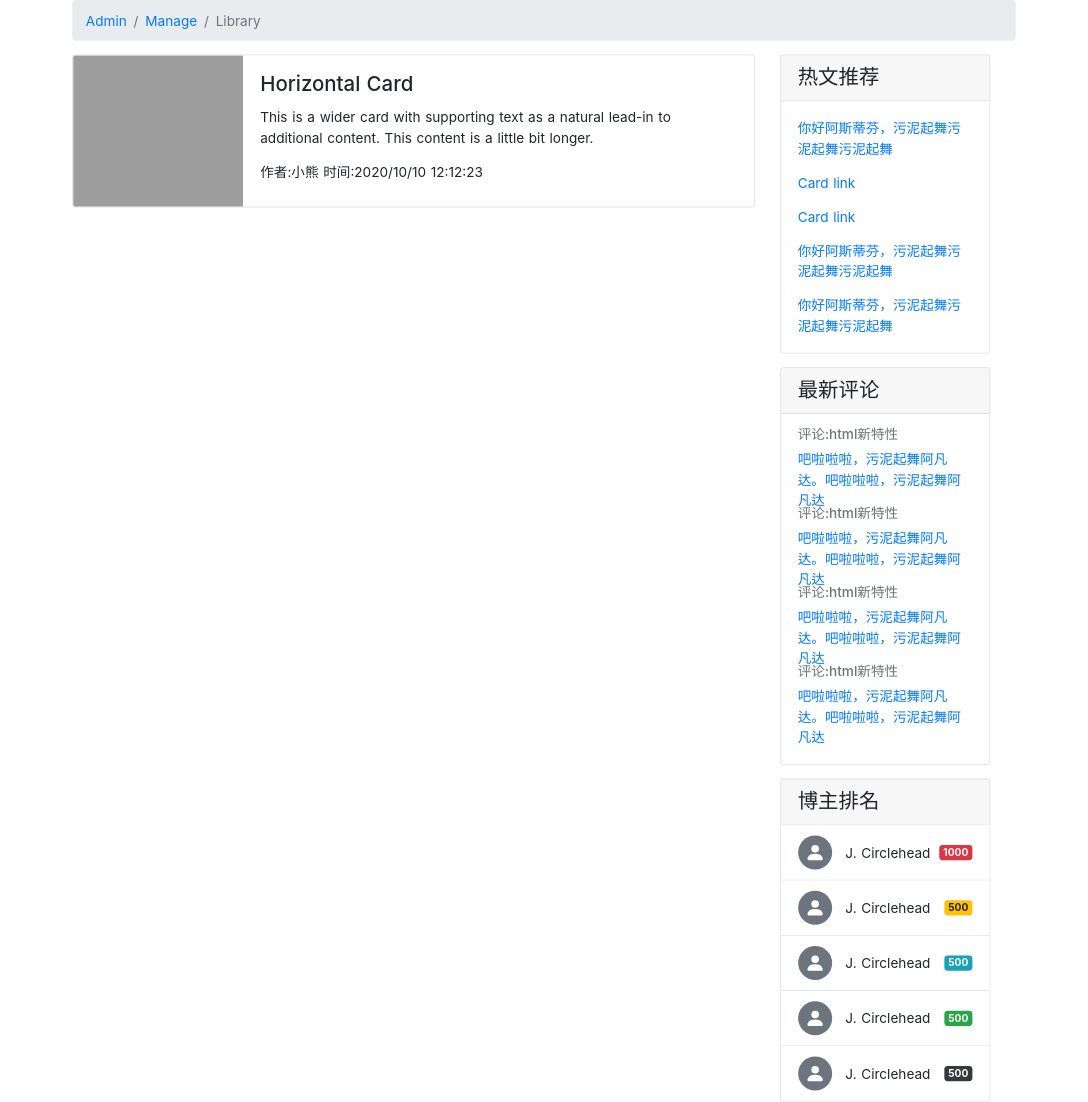
Repository: MTTTM/nuxt-xiaomatata
Page: /
An editor plug-in stored every save of this project. The page is shown before and after the next save, followed by the edit.
The browser window is 1280 px wide. The pictures show the part of the page from y = 600 to 1896 px (the page is 1896 px tall before and 1240 px after), at 85% of full size.
Pictures or frames that could not be fetched are drawn as grey boxes. The project was rebuilt for these pictures with package versions that can differ from the ones it lists, and the page was loaded fresh each time. The framework's server and built-in components were replaced by stand-ins that run in the browser. Also part of the build but not shown: nuxt.config.js, components/Logo.vue, components/aboutMe.vue, components/articleListItem.vue, components/bloggerRanking.vue, components/carouselBox.vue, components/classifyList.vue, components/commentBox.vue and 7 more. Imported but missing from the stored project, and not drawn on this page: components/cmSpinner, mixins/scrollLoad.

Above is the page before, as saved 2021-04-10 12:36:08.

### assets/style/comm.scss
body{
  .container{
    min-height: auto;
    justify-content: start;
    text-align: left;
  }
  .card-list-item{
    height: 180px;
    &+  .card-list-item{
      margin-top:1rem;
    }
    .cart-list-item-img{
      width: 200px;
      height: 100%;
      object-fit: cover;
      object-position: center top;
    }
  }
}

### components/breadCrumb.vue
<template>
  <b-breadcrumb :items="items"></b-breadcrumb>
</template>

<script>
export default {
  data() {
    return {
      items: [
        {
          text: "Admin",
          href: "#",
        },
        {
          text: "Manage",
          href: "#",
        },
        {
          text: "Library",
          active: true,
        },
      ],
    };
  },
};
</script>

### components/navBar.vue
<template>
  <div class="nav-bar">
    <b-navbar toggleable="lg" type="dark" variant="info" fixed="top">
      <b-navbar-brand href="#"> 塔塔 </b-navbar-brand>

      <b-navbar-toggle target="nav-collapse" />

      <b-collapse id="nav-collapse" is-nav>
        <b-navbar-nav>
          <b-nav-item href="#"> Link </b-nav-item>
          <b-nav-item href="#" disabled> Disabled </b-nav-item>
          <b-nav-item-dropdown text="Lang" right>
            <b-dropdown-item href="#"> EN </b-dropdown-item>
            <b-dropdown-item href="#"> ES </b-dropdown-item>
            <b-dropdown-item href="#"> RU </b-dropdown-item>
            <b-dropdown-item href="#"> FA </b-dropdown-item>
          </b-nav-item-dropdown>
        </b-navbar-nav>

        <!-- Right aligned nav items -->
        <b-navbar-nav class="ml-auto">
          <b-nav-form>
            <b-form-input size="sm" class="mr-sm-2" placeholder="Search" />

            <b-button size="sm" class="my-2 my-sm-0" type="submit">
              Search
            </b-button>
          </b-nav-form>

          <b-nav-item-dropdown right>
            <!-- Using 'button-content' slot -->
            <template #button-content>
              <b-avatar
                variant="info"
                src="https://placekitten.com/300/300"
              ></b-avatar>
              <em>User</em>
            </template>

            <b-dropdown-item href="#"> Profile </b-dropdown-item>
            <b-dropdown-item href="#"> Sign Out </b-dropdown-item>
          </b-nav-item-dropdown>
        </b-navbar-nav>
      </b-collapse>
    </b-navbar>
  </div>
</template>
<script>
export default {};
</script>
<style lang="scss">
* {
  margin: 0;
  padding: 0;
}
</style>

### layouts/default.vue
<template>
  <div>
    <navBar />
    <Nuxt />
  </div>
</template>
<script>
import navBar from "../components/navBar";
export default {
  components: { navBar }
};
</script>
<style>
html {
  font-size: 16px;
  word-spacing: 1px;
  -ms-text-size-adjust: 100%;
  -webkit-text-size-adjust: 100%;
  -moz-osx-font-smoothing: grayscale;
  -webkit-font-smoothing: antialiased;
  box-sizing: border-box;
}
</style>

### pages/index.vue
<template>
  <div>
    <b-carousel
      id="carousel-1"
      v-model="slide"
      :interval="4000"
      controls
      indicators
      background="#ababab"
      img-width="1024"
      img-height="480"
      style="text-shadow: 1px 1px 2px #333"
      @sliding-start="onSlideStart"
      @sliding-end="onSlideEnd"
    >
      <!-- Text slides with image -->
      <b-carousel-slide
        caption="First slide"
        text="Nulla vitae elit libero, a pharetra augue mollis interdum."
        img-src="https://picsum.photos/1024/480/?image=52"
      ></b-carousel-slide>

      <!-- Slides with custom text -->
      <b-carousel-slide img-src="https://picsum.photos/1024/480/?image=54">
        <h1>Hello world!</h1>
      </b-carousel-slide>

      <!-- Slides with image only -->
      <b-carousel-slide
        img-src="https://picsum.photos/1024/480/?image=58"
      ></b-carousel-slide>

      <!-- Slides with img slot -->
      <!-- Note the classes .d-block and .img-fluid to prevent browser default image alignment -->
      <b-carousel-slide>
        <template #img>
          <img
            class="d-block img-fluid w-100"
            width="1024"
            height="480"
            src="https://picsum.photos/1024/480/?image=55"
            alt="image slot"
          />
        </template>
      </b-carousel-slide>

      <!-- Slide with blank fluid image to maintain slide aspect ratio -->
      <b-carousel-slide caption="Blank Image" img-blank img-alt="Blank image">
        <p>
          Lorem ipsum dolor sit amet, consectetur adipiscing elit. Suspendisse
          eros felis, tincidunt a tincidunt eget, convallis vel est. Ut
          pellentesque ut lacus vel interdum.
        </p>
      </b-carousel-slide>
    </b-carousel>

    <b-container>
      <breadCrumb class="w-100" />
    </b-container>
    <b-container>
      <b-row class="w-100">
        <b-col cols="9" md="9" sm="12">
          <b-card no-body class="overflow-hidden card-list-item">
            <b-row no-gutters>
              <b-col md="3">
                <b-card-img
                  src="https://picsum.photos/400/400/?image=20"
                  alt="Image"
                  class="rounded-0 cart-list-item-img"
                ></b-card-img>
              </b-col>
              <b-col md="9">
                <b-card-body title="Horizontal Card">
                  <b-card-text>
                    This is a wider card with supporting text as a natural
                    lead-in to additional content. This content is a little bit
                    longer.
                  </b-card-text>
                  <b-card-text>作者:小熊 时间:2020/10/10 12:12:23</b-card-text>
                </b-card-body>
              </b-col>
            </b-row>
          </b-card>
        </b-col>
        <b-col cols="3" md="3" sm="12" :no-gutters="true">
          <b-card no-body>
            <template #header>
              <h4 class="mb-0">热文推荐</h4>
            </template>

            <b-card-body>
              <b-card-text>
                <a href="#" class="card-link"
                  >你好阿斯蒂芬，污泥起舞污泥起舞污泥起舞</a
                >
              </b-card-text>
              <b-card-text>
                <a href="#" class="card-link">Card link</a>
              </b-card-text>
              <b-card-text>
                <a href="#" class="card-link">Card link</a>
              </b-card-text>
              <b-card-text>
                <a href="#" class="card-link"
                  >你好阿斯蒂芬，污泥起舞污泥起舞污泥起舞</a
                >
              </b-card-text>
              <b-card-text>
                <a href="#" class="card-link"
                  >你好阿斯蒂芬，污泥起舞污泥起舞污泥起舞</a
                >
              </b-card-text>
            </b-card-body>
          </b-card>

          <b-card no-body style="margin-top: 1rem">
            <template #header>
              <h4 class="mb-0">最新评论</h4>
            </template>

            <b-card-body>
              <a href="#">
                <b-card-sub-title class="mb-2"
                  >评论:html新特性</b-card-sub-title
                >
                <b-card-text>
                  吧啦啦啦，污泥起舞阿凡达。吧啦啦啦，污泥起舞阿凡达
                </b-card-text>
              </a>
              <a href="#">
                <b-card-sub-title class="mb-2"
                  >评论:html新特性</b-card-sub-title
                >
                <b-card-text>
                  吧啦啦啦，污泥起舞阿凡达。吧啦啦啦，污泥起舞阿凡达
                </b-card-text>
              </a>
              <a href="#">
                <b-card-sub-title class="mb-2"
                  >评论:html新特性</b-card-sub-title
                >
                <b-card-text>
                  吧啦啦啦，污泥起舞阿凡达。吧啦啦啦，污泥起舞阿凡达
                </b-card-text>
              </a>
              <a href="#">
                <b-card-sub-title class="mb-2"
                  >评论:html新特性</b-card-sub-title
                >
                <b-card-text>
                  吧啦啦啦，污泥起舞阿凡达。吧啦啦啦，污泥起舞阿凡达
                </b-card-text>
              </a>
            </b-card-body>
          </b-card>
          <b-card no-body style="margin-top: 1rem">
            <template #header>
              <h4 class="mb-0">博主排名</h4>
            </template>
            <b-list-group flush>
              <b-list-group-item class="d-flex align-items-center">
                <b-avatar class="mr-3"></b-avatar>
                <span class="mr-auto">J. Circlehead</span>
                <b-badge variant="danger">1000</b-badge>
              </b-list-group-item>
              <b-list-group-item class="d-flex align-items-center">
                <b-avatar class="mr-3"></b-avatar>
                <span class="mr-auto">J. Circlehead</span>
                <b-badge variant="warning">500</b-badge>
              </b-list-group-item>
              <b-list-group-item class="d-flex align-items-center">
                <b-avatar class="mr-3"></b-avatar>
                <span class="mr-auto">J. Circlehead</span>
                <b-badge variant="info">500</b-badge>
              </b-list-group-item>
              <b-list-group-item class="d-flex align-items-center">
                <b-avatar class="mr-3"></b-avatar>
                <span class="mr-auto">J. Circlehead</span>
                <b-badge variant="success">500</b-badge>
              </b-list-group-item>
              <b-list-group-item class="d-flex align-items-center">
                <b-avatar class="mr-3"></b-avatar>
                <span class="mr-auto">J. Circlehead</span>
                <b-badge variant="dark">500</b-badge>
              </b-list-group-item>
            </b-list-group>
          </b-card>
        </b-col>
      </b-row>
    </b-container>
  </div>
</template>
<script>
import breadCrumb from "../components/breadCrumb";
export default {
  components: { breadCrumb },
};
</script>
<style>
.container {
  margin: 0 auto;
  min-height: 100vh;
  display: flex;
  justify-content: center;
  align-items: center;
  text-align: center;
}

.title {
  display: block;
  font-weight: 300;
  font-size: 100px;
  color: #35495e;
  letter-spacing: 1px;
}

.subtitle {
  font-weight: 300;
  font-size: 42px;
  color: #526488;
  word-spacing: 5px;
  padding-bottom: 15px;
}

.links {
  padding-top: 15px;
}
</style>

Loaded but not shown: store/system.js (no copy from this time; the picture is the same without it)

After the next save:
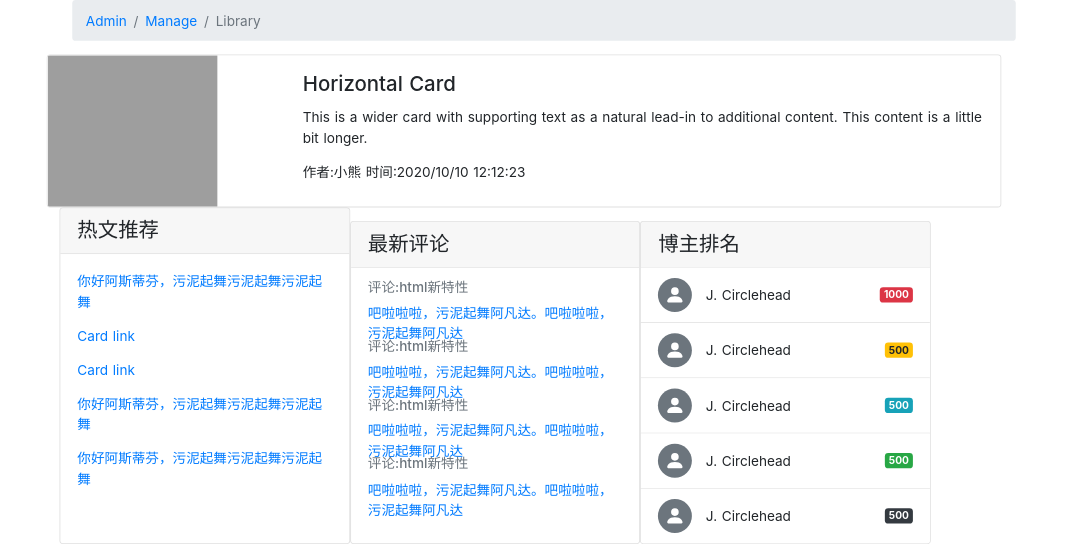
Saved 71 s later.
--- a/pages/index.vue
+++ b/pages/index.vue
@@ -59,7 +59,7 @@
     </b-container>
     <b-container>
       <b-row class="w-100">
-        <b-col cols="9" md="9" sm="12">
+        <b-row cols="9" md="9" sm="12">
           <b-card no-body class="overflow-hidden card-list-item">
             <b-row no-gutters>
               <b-col md="3">
@@ -81,8 +81,8 @@
               </b-col>
             </b-row>
           </b-card>
-        </b-col>
-        <b-col cols="3" md="3" sm="12" :no-gutters="true">
+        </b-row>
+        <b-row cols="3" md="3" sm="12" :no-gutters="true">
           <b-card no-body>
             <template #header>
               <h4 class="mb-0">热文推荐</h4>
@@ -185,7 +185,7 @@
               </b-list-group-item>
             </b-list-group>
           </b-card>
-        </b-col>
+        </b-row>
       </b-row>
     </b-container>
   </div>

After the 2 saves that followed:
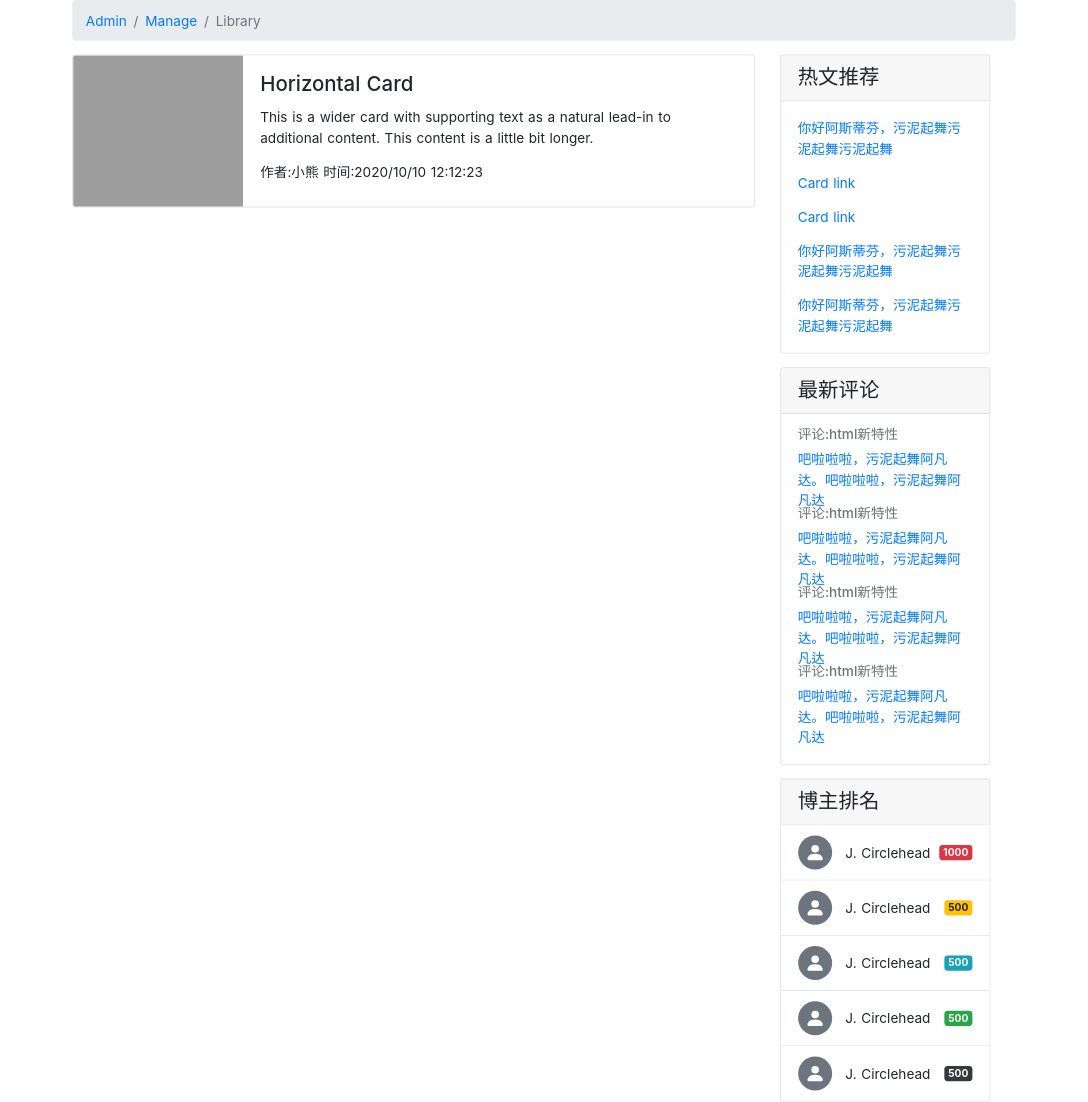
The 2 saves are shown as one change because 1 did not build or start.
The last was saved 37 s later.
--- a/pages/index.vue
+++ b/pages/index.vue
@@ -59,7 +59,7 @@
     </b-container>
     <b-container>
       <b-row class="w-100">
-        <b-row cols="9" md="9" sm="12">
+        <b-col cols="9" md="9" sm="12">
           <b-card no-body class="overflow-hidden card-list-item">
             <b-row no-gutters>
               <b-col md="3">
@@ -81,8 +81,8 @@
               </b-col>
             </b-row>
           </b-card>
-        </b-row>
-        <b-row cols="3" md="3" sm="12" :no-gutters="true">
+        </b-col>
+        <b-col cols="3" md="3" sm="12">
           <b-card no-body>
             <template #header>
               <h4 class="mb-0">热文推荐</h4>
@@ -185,7 +185,7 @@
               </b-list-group-item>
             </b-list-group>
           </b-card>
-        </b-row>
+        </b-col>
       </b-row>
     </b-container>
   </div>
